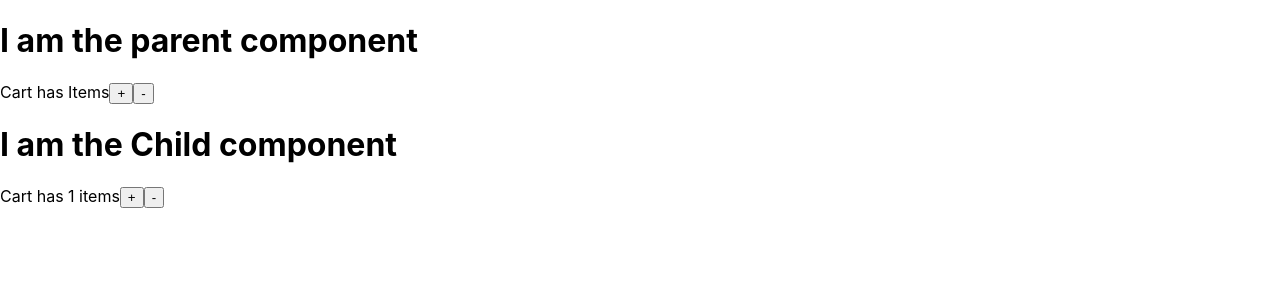
Repository: rajascript/simple-redux
Page: /
These files come from the project's save history. The page is drawn as it stood at one moment and after the next save; the edit follows.
The browser window is 1280 px wide. The pictures show the whole page.
The project was rebuilt for these pictures with package versions that can differ from the ones it lists, and the page was loaded fresh each time.

Above is the page before, as saved 2020-05-26 10:08:25.

After the next save:
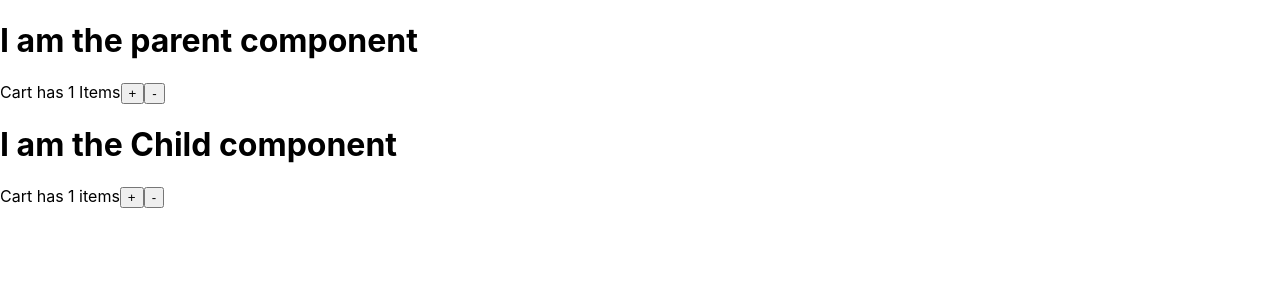
Saved 5 s later.
--- a/src/App.js
+++ b/src/App.js
@@ -4,7 +4,7 @@ class App extends React.Component {
   constructor(props) {
     super(props);
 
-    this.state = {};
+    this.state = { elements: 1 };
   }
 
   render() {
